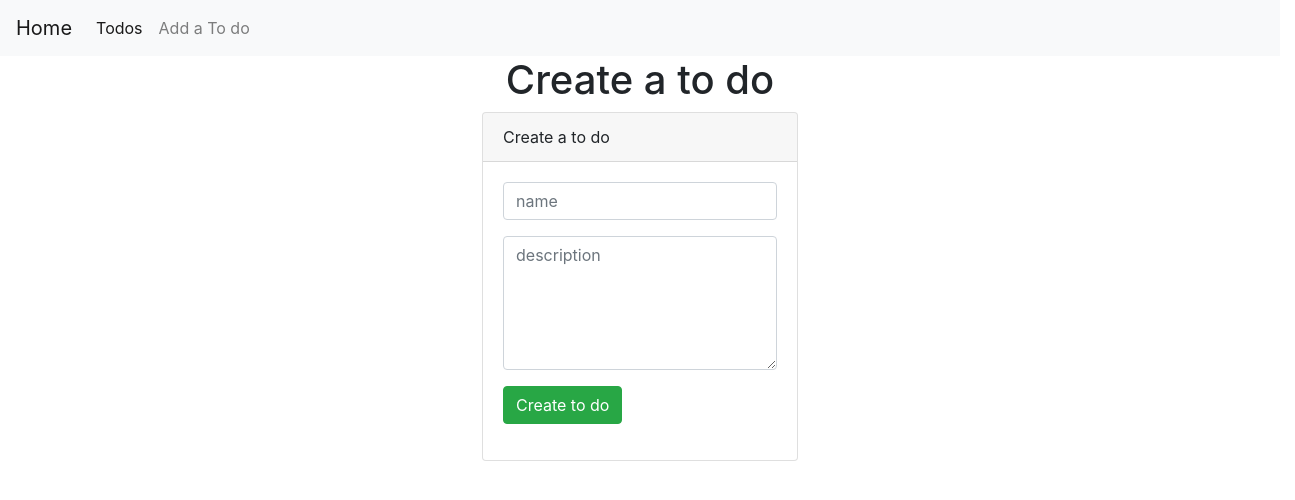
Repository: Azariagmt/laravel-to-do-app
Page: http://localhost/new-to-do
These files come from the project's save history. The page is drawn as it stood at one moment and after the next save; the edit follows.
The browser window is 1280 px wide. The page is 1295 px wide, so the pictures cover 1295 px, including what lies to the right of the window. The pictures show the whole page.
The page is served by the project's Laravel application, run on PHP 8.4 with Laravel 8.

Above is the page before, as saved 2020-04-27 22:57:41.

After the next save:
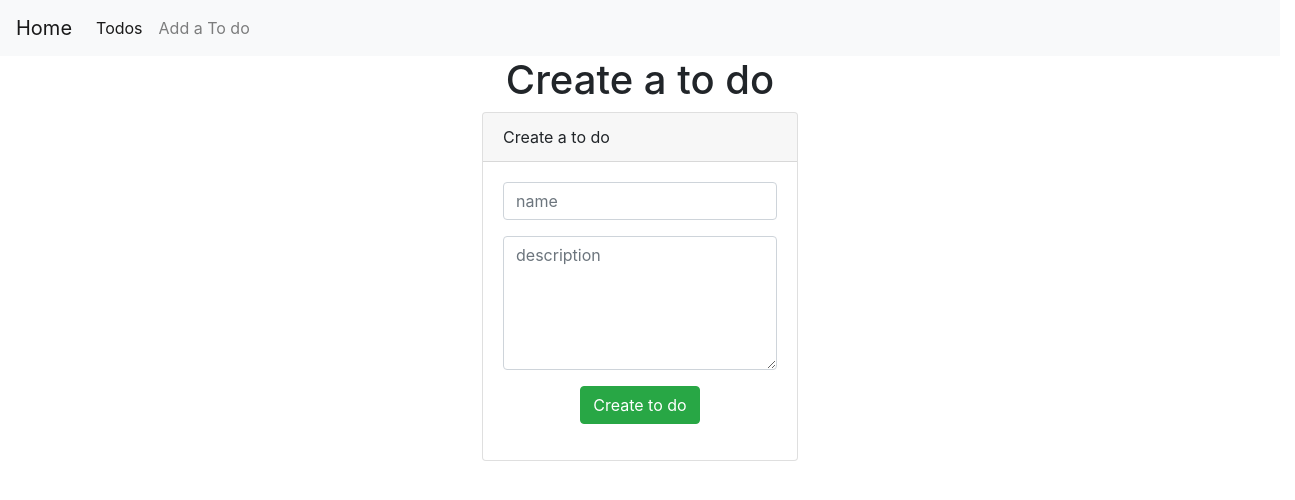
Saved 25 s later.
--- a/resources/views/todos/new.blade.php
+++ b/resources/views/todos/new.blade.php
@@ -17,7 +17,7 @@ Create a to do
 <div class="form-group">
 <textarea type="text-area" class="form-control" placeholder="description" cols="5" rows="5" name="description"></textarea>
 </div>
-<div class="form-group">
+<div class="form-group text-center">
 <button type="submit" class="btn btn-success"> Create to do</button>
 </div>
 </form>
